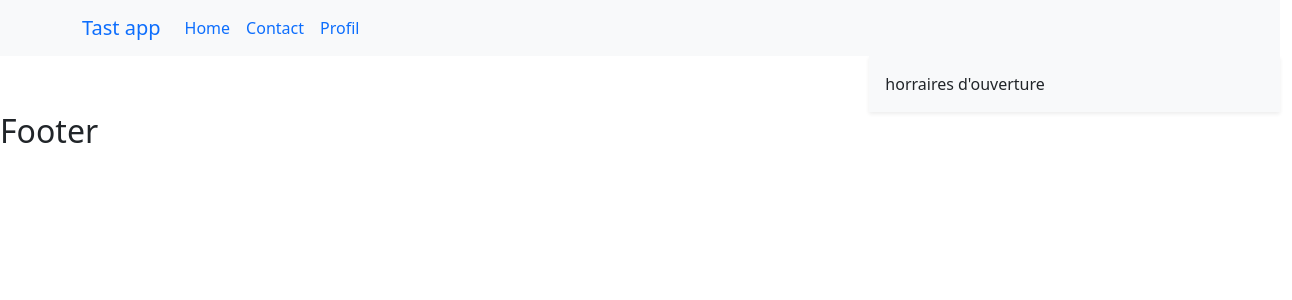
Repository: FS-23/php-getstarted
Page: http://localhost/index.php
These files come from the project's save history. The page is drawn as it stood at one moment and after the next save; the edit follows.
The browser window is 1280 px wide. The page is 1292 px wide, so the pictures cover 1292 px, including what lies to the right of the window. The pictures show the whole page.
The page is run by PHP 8.4 with error messages shown; the project is at /var/www/html/.

Above is the page before, as saved 2022-05-28 12:05:34.

### demoAPP/index.php

<?php require_once './layouts/header.php' ?>

<div class="row">
    <div class="col-8">

    </div>
    <div class="col-4 ">
        <div class="shadow-sm bg-light p-3">
            horraires d'ouverture
        </div>
    </div>
</div>

<?php require_once './layouts/footer.php' ?>

### demoAPP/layouts/header.php

<link rel="stylesheet" href="https://cdn.jsdelivr.net/npm/bootstrap@5.1.3/dist/css/bootstrap.min.css">
<nav class="navbar navbar-expand-lg bg-light">
  <div class="container">
    <button class="navbar-toggler" type="button" data-bs-toggle="collapse" data-bs-target="#navbarTogglerDemo01" aria-controls="navbarTogglerDemo01" aria-expanded="false" aria-label="Toggle navigation">
      <span class="navbar-toggler-icon"></span>
    </button>
    <div class="collapse navbar-collapse" id="navbarTogglerDemo01">
      <a class="navbar-brand" href="/">Tast app</a>
      <ul class="navbar-nav me-auto mb-2 mb-lg-0">
        <li class="nav-item">
          <a class="nav-link active" aria-current="page" href="/pages/home.php">Home</a>
        </li>
        <li class="nav-item">
          <a class="nav-link" href="/pages/contact.php">Contact</a>
        </li>
        <li class="nav-item">
          <a class="nav-link" href="/pages/profil.php">Profil</a>
        </li>
      </ul>

    </div>
  </div>
</nav>

### demoAPP/layouts/footer.php
<div>
    <h2>Footer</h2>
</div>
<script scr="https://cdn.jsdelivr.net/npm/bootstrap@5.1.3/dist/css/bootstrap.min.js"></script>

After the next save:
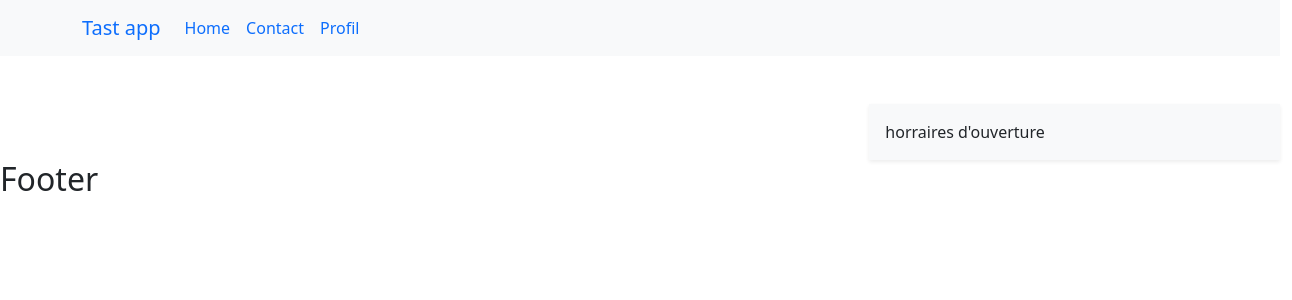
Saved 12 s later.
--- a/demoAPP/index.php
+++ b/demoAPP/index.php
@@ -6,7 +6,7 @@
 
     </div>
     <div class="col-4 ">
-        <div class="shadow-sm bg-light p-3">
+        <div class="shadow-sm bg-light p-3 mt-5">
             horraires d'ouverture
         </div>
     </div>
